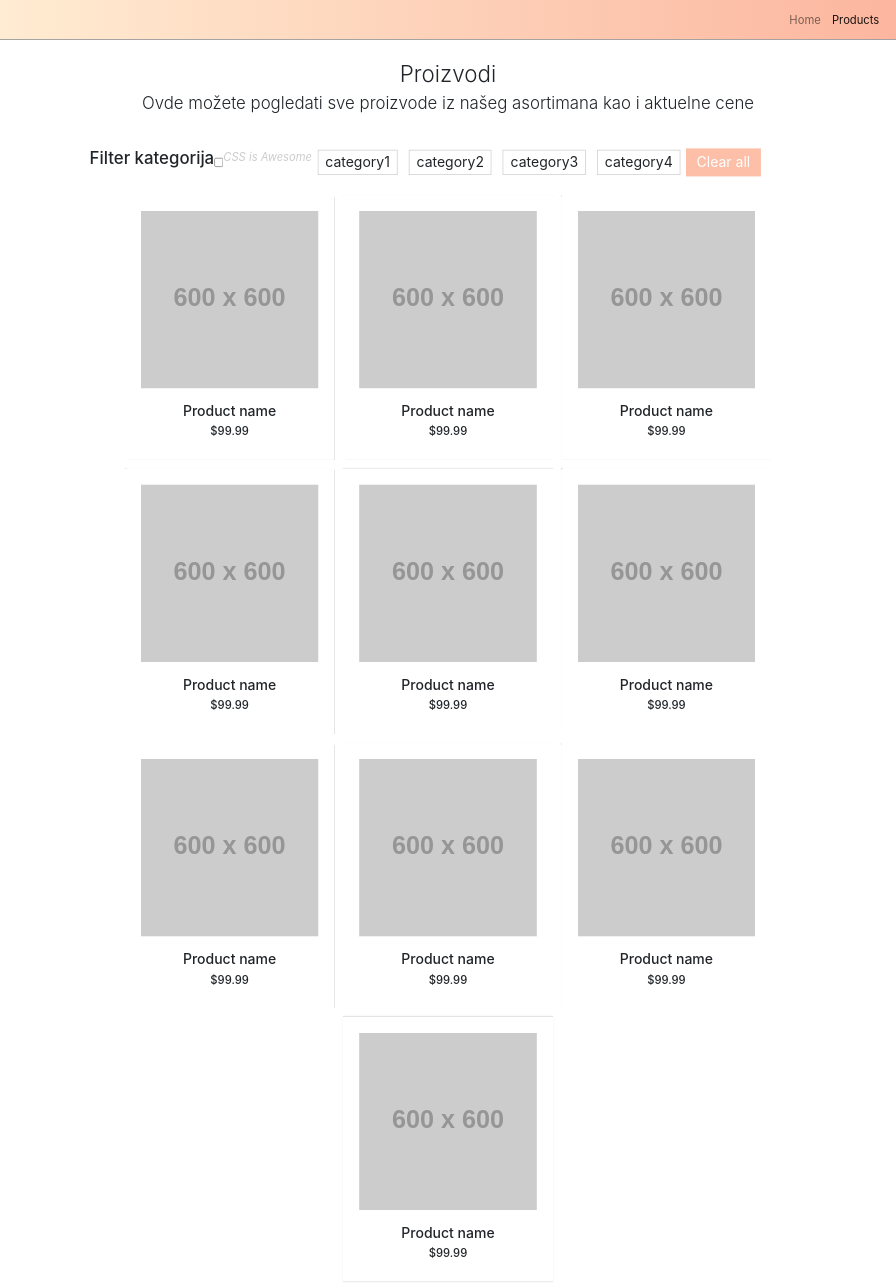
Repository: StevanFilipovic/TemplateForSinglepageWebsite
Page: products.html
The author's editor kept a copy of each file at every save. The page is drawn from the files as they stood at one save, then again after the next save.
The browser window is 1280 px wide. The pictures show the whole page, at 70% of full size.
Some web libraries are served in a nearby version.

Above is the page before, as saved 2018-06-15 11:01:31.

After the next save:
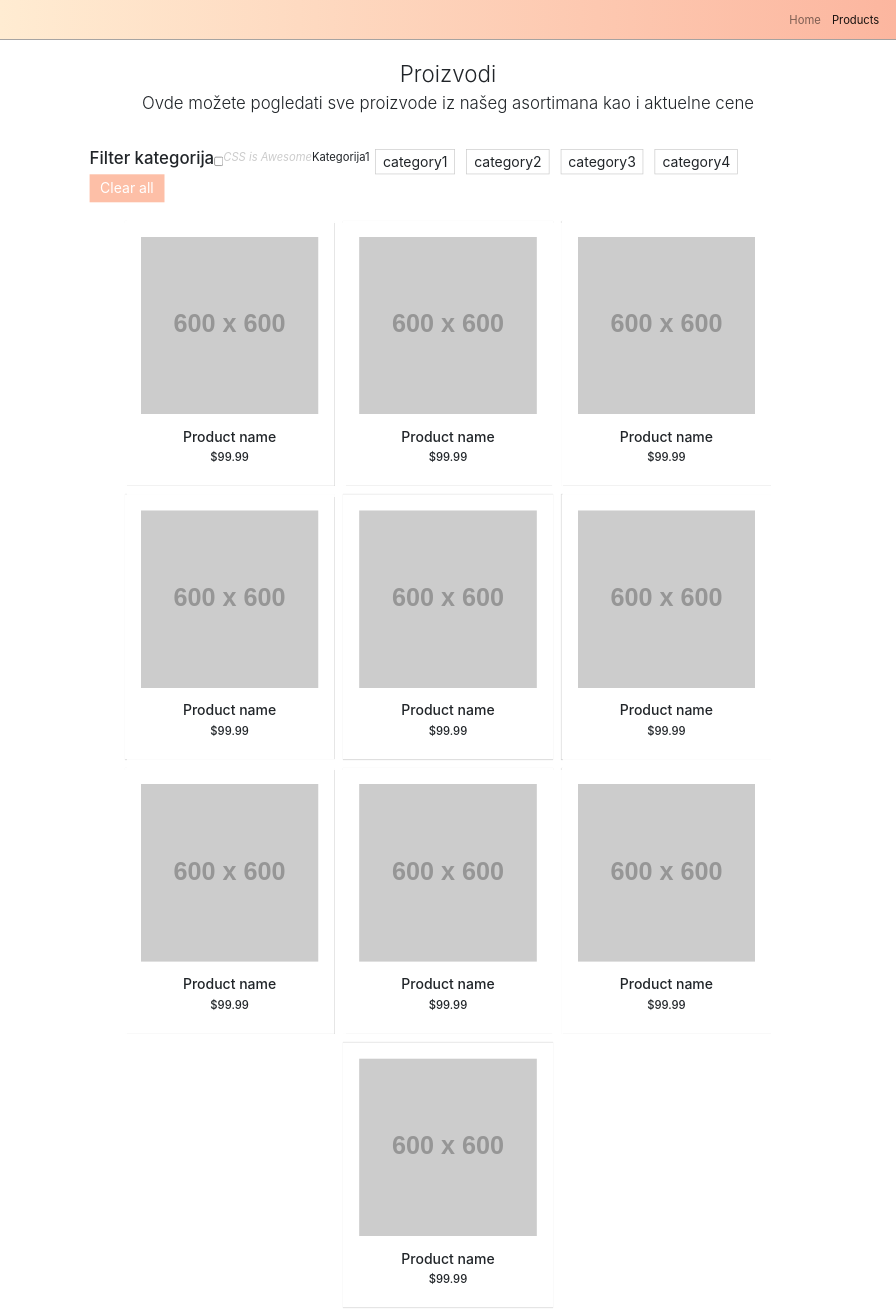
Saved 40 s later.
--- a/products.html
+++ b/products.html
@@ -92,6 +92,7 @@ function ProductFilterLevel1(products, filters) {
       <input type="checkbox" id="ossm" name="ossm">
       <label for="ossm">CSS is Awesome</label>
 
+      <label for="category1">Kategorija1</label>
       <label class="filter-container"><input type="checkbox" name="colour" id="category1" value="category1" ><span class="filters-title">category1</span></input></label>
       <label class="filter-container"><input type="checkbox" name="colour" id="category2" value="category2"><span class="filters-title">category2</span></input></label>
       <label class="filter-container"><input type="checkbox" name="colour" id="category3" value="category3"><span class="filters-title">category3</span></input></label>
